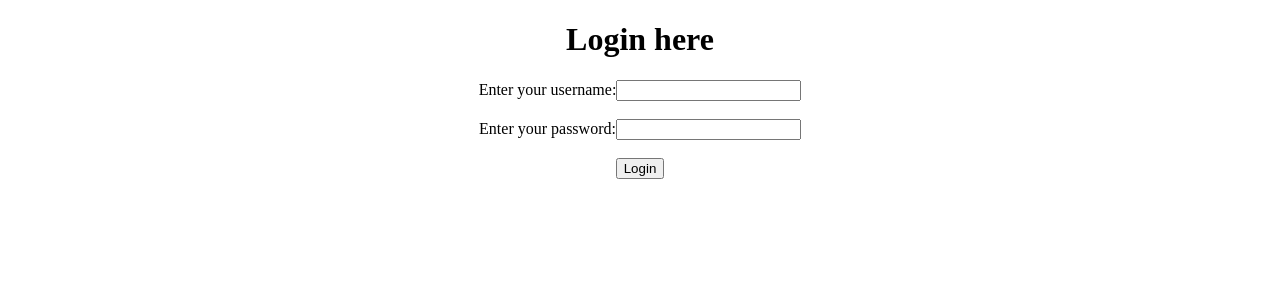
Repository: Roshni260/Integrate_Client_and_Server
Page: Loginandreg/src/main/webapp/login.html
An editor plug-in stored every save of this project. The page is shown before and after the next save, followed by the edit.
The browser window is 1280 px wide. The pictures show the whole page.

Above is the page before, as saved 2023-06-21 07:55:46.

### Loginandreg/src/main/webapp/login.html
<!DOCTYPE html>
<html>
<head>
<meta charset="ISO-8859-1">
<title>Insert title here</title>
</head>
<body>
<div align="center">
<form action="login.jsp" method="post">
<h1>Login here</h1>
<label>Enter your username:</label><input type="text" name="uname"><br><br>
<label>Enter your password:</label><input type="password" name="pwd"><br><br>
<input type="submit" value="Login">
</form></div>
</body>
</html>

After the next save:
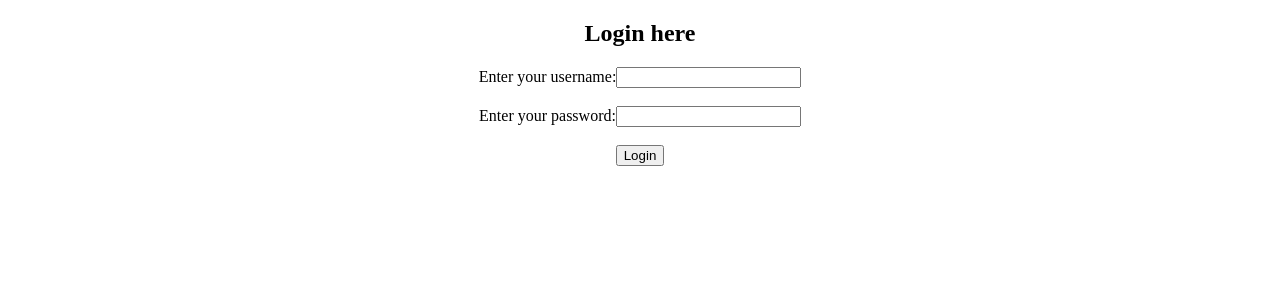
Saved 13 s later.
--- a/Loginandreg/src/main/webapp/login.html
+++ b/Loginandreg/src/main/webapp/login.html
@@ -7,7 +7,7 @@
 <body>
 <div align="center">
 <form action="login.jsp" method="post">
-<h1>Login here</h1>
+<h2>Login here</h2>
 <label>Enter your username:</label><input type="text" name="uname"><br><br>
 <label>Enter your password:</label><input type="password" name="pwd"><br><br>
 <input type="submit" value="Login">
